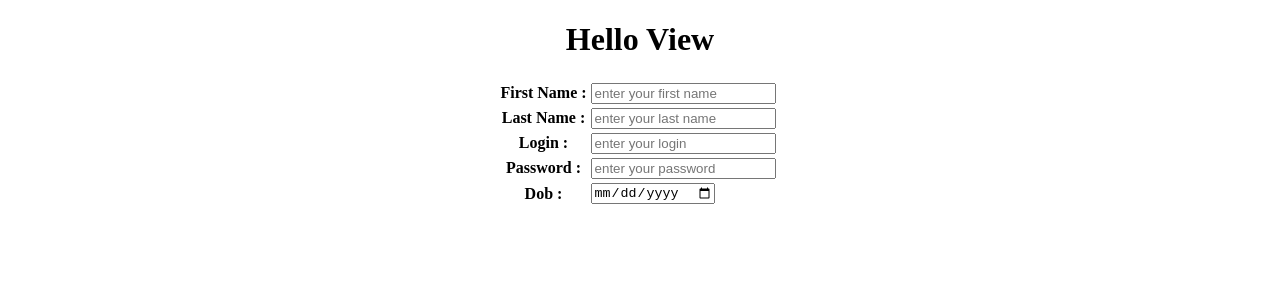
Repository: vinaybhatia16/Jsp-servelet
Page: http://localhost/Web-Project/HelloServlet
The author's editor kept a copy of each file at every save. The page is drawn from the files as they stood at one save, then again after the next save.
The browser window is 1280 px wide. The pictures show the whole page.
The page is served by Tomcat 9.

Above is the page before, as saved 2026-03-30 13:38:01.

### Web-Project/WebContent/HelloView.jsp
<%@ page language="java" contentType="text/html; charset=UTF-8"
	pageEncoding="UTF-8"%>
<!DOCTYPE html>
<html>
<head>
<meta charset="UTF-8">
<title>Insert title here</title>
</head>
<body>
	<div>
		<div align="center">
			<h1>Hello View</h1>
			<form action="Hello Servlet" method="post">
				<table>
					<tr>
						<th>First Name :</th>
						<td><input type="text" name="firstname" value=""
							placeholder="enter your first name ">
						<td />
					</tr>
					<tr>
						<th>Last Name :</th>
						<td><input type="text" name="lastname" value=""
							placeholder="enter your last name ">
						<td />
					</tr>

					<tr>
						<th>Login :</th>
						<td><input type="email" name="login" value=""
							placeholder="enter your login ">
						<td />
					</tr>

					<tr>
						<th>Password :</th>
						<td><input type="password" name="password" value=""
							placeholder="enter your password ">
						<td />
					</tr>

					<tr>
						<th>Dob :</th>
						<td><input type="date" name="dob" value="">
						<td />
					</tr>



				</table>




			</form>



		</div>
</body>
</html>

### Web-Project/src/main/java/com/rays/servlet/HelloServlet.java
package com.rays.servlet;

import java.io.IOException;

import javax.servlet.RequestDispatcher;
import javax.servlet.ServletException;
import javax.servlet.annotation.WebServlet;
import javax.servlet.http.HttpServlet;
import javax.servlet.http.HttpServletRequest;
import javax.servlet.http.HttpServletResponse;

@WebServlet("/HelloServlet")
public class HelloServlet extends HttpServlet {

	@Override
	protected void doGet(HttpServletRequest request, HttpServletResponse response) throws ServletException, IOException {

	System.out.println("in to get method");
	RequestDispatcher rd = request.getRequestDispatcher("HelloView.jsp");
	rd.forward(request, response);
	}

	@Override
	protected void doPost(HttpServletRequest request, HttpServletResponse response) throws ServletException, IOException {

	}

}

After the next save:
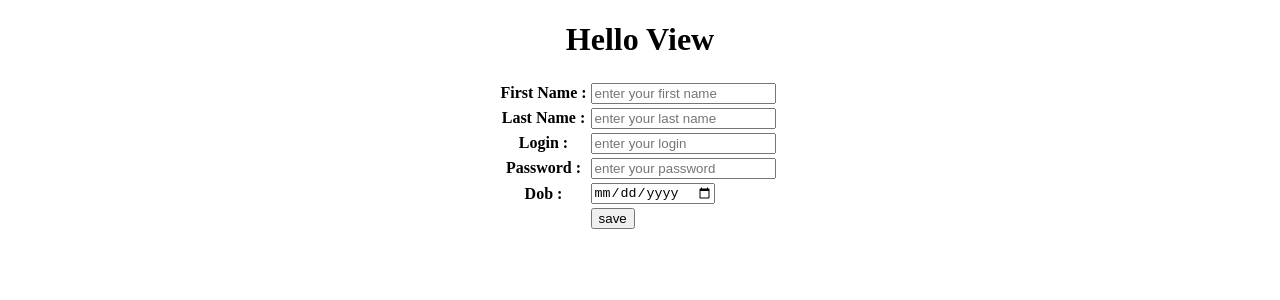
Saved 5 min 32 s later.
--- a/Web-Project/WebContent/HelloView.jsp
+++ b/Web-Project/WebContent/HelloView.jsp
@@ -45,6 +45,12 @@
 						<td />
 					</tr>
 
+					<tr>
+					<th></th>
+					<td><input type="submit" name="operation" value="save"></td>
+				</tr>
+
+
 
 
 				</table>
